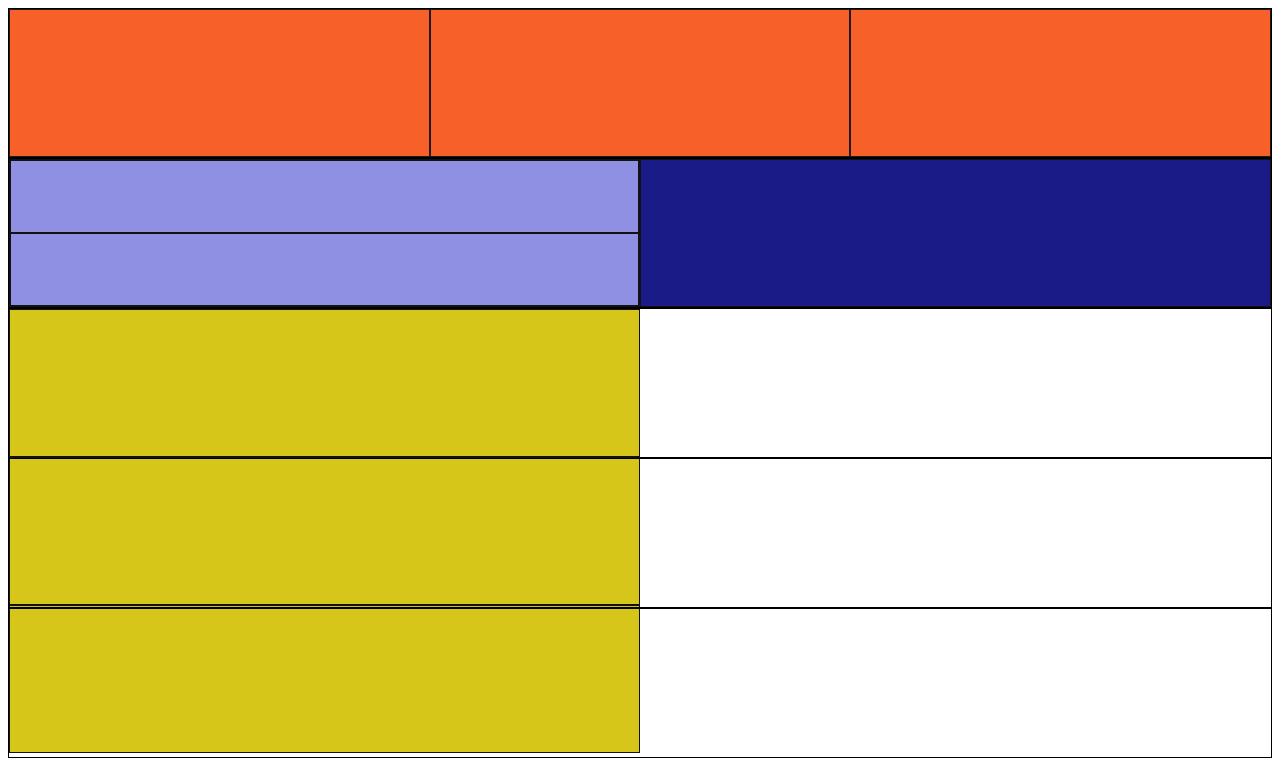
Repository: AishwaryaPandey987/PGLife
Page: home.html
These files come from the project's save history. The page is drawn as it stood at one moment and after the next save; the edit follows.
The browser window is 1280 px wide. The pictures show the whole page.

Above is the page before, as saved 2022-10-27 20:55:27.

### home.html
<!DOCTYPE html>
  <html>
    <head>
        <title>CSS Page</title>
         <link rel="stylesheet" href="css/style.css" />
    </head>
    <body>

      <div class="row">
        <div class="col"></div>
        <div class="col"></div>
        <div class="col"></div>
      </div>


      <div class="row">
        <div class="col2">
          <div class="row2"></div>
          <div class="row2"></div>
        </div>
        <div class="col2"></div>
      </div>


      <div class=" row">
        <div class="col3"></div>
        <div class="col3"></div>
        <div class="col3"></div>
      </div>


      <div class="row"></div>

      <div class="row"></div>
    </body>
  </html>

### css/style.css
* {
  box-sizing: border-box;
}

.row{

  border:  1px solid black;
 height: 150px;
 font-size: 0px;
}

.col{
  border: 1px solid rgb(31, 27, 28);
  display: inline-block;
  height: 100%;
  width: 33.33%;
background-color: rgb(247, 96, 41);

}
.col2{
  border: 1px solid rgb(19, 18, 18);
  display: inline-block;
  height: 100%;
  width: 50%;
  background-color: rgb(27, 27, 136);
}
.row2{
  border: 1px solid rgb(19, 18, 18);
  display: block;
  height: 50%;
  width: 100%;
  background-color: rgb(143, 143, 227);
}

.col3{
  border: 1px solid rgb(19, 18, 18);
  display: block;
  height: 100%;
  width: 50%;
  background-color: rgb(214, 198, 25);
}

After the next save:
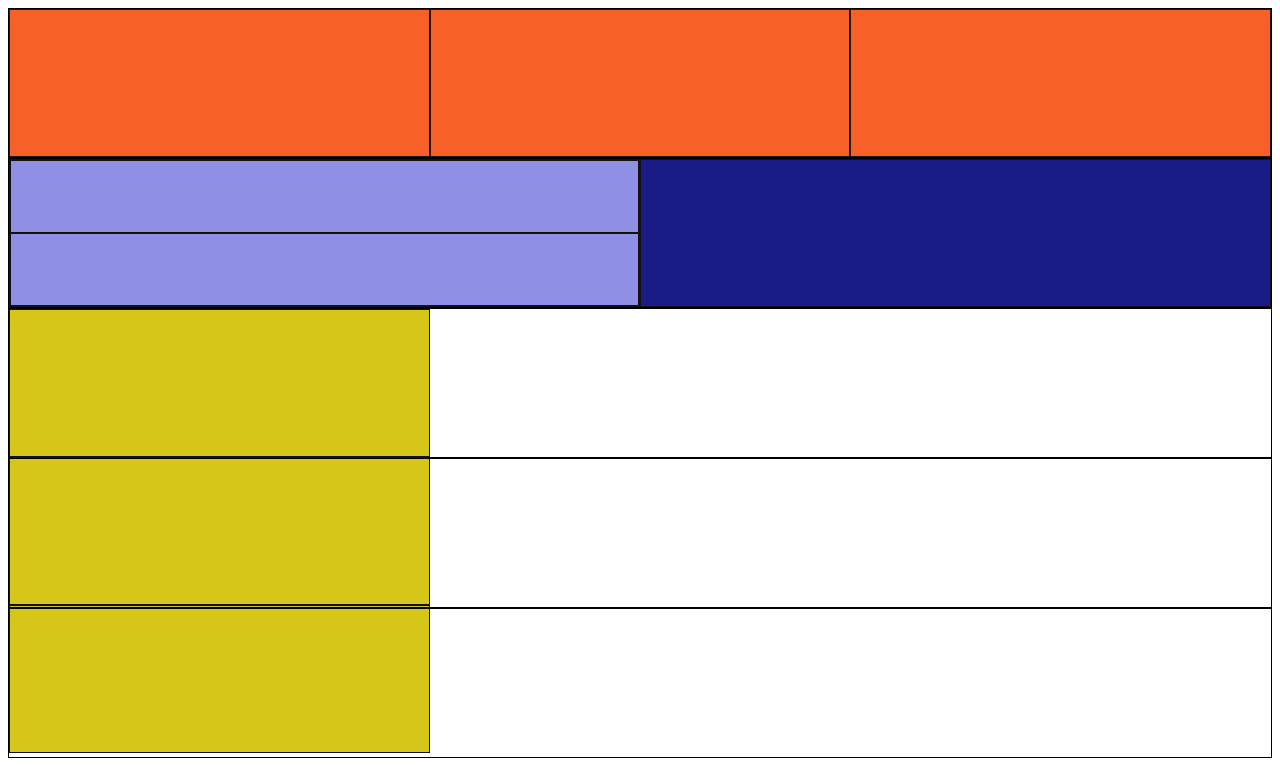
Saved 25 s later.
--- a/css/style.css
+++ b/css/style.css
@@ -36,6 +36,6 @@ background-color: rgb(247, 96, 41);
   border: 1px solid rgb(19, 18, 18);
   display: block;
   height: 100%;
-  width: 50%;
+  width: 33.33%;
   background-color: rgb(214, 198, 25);
 }
